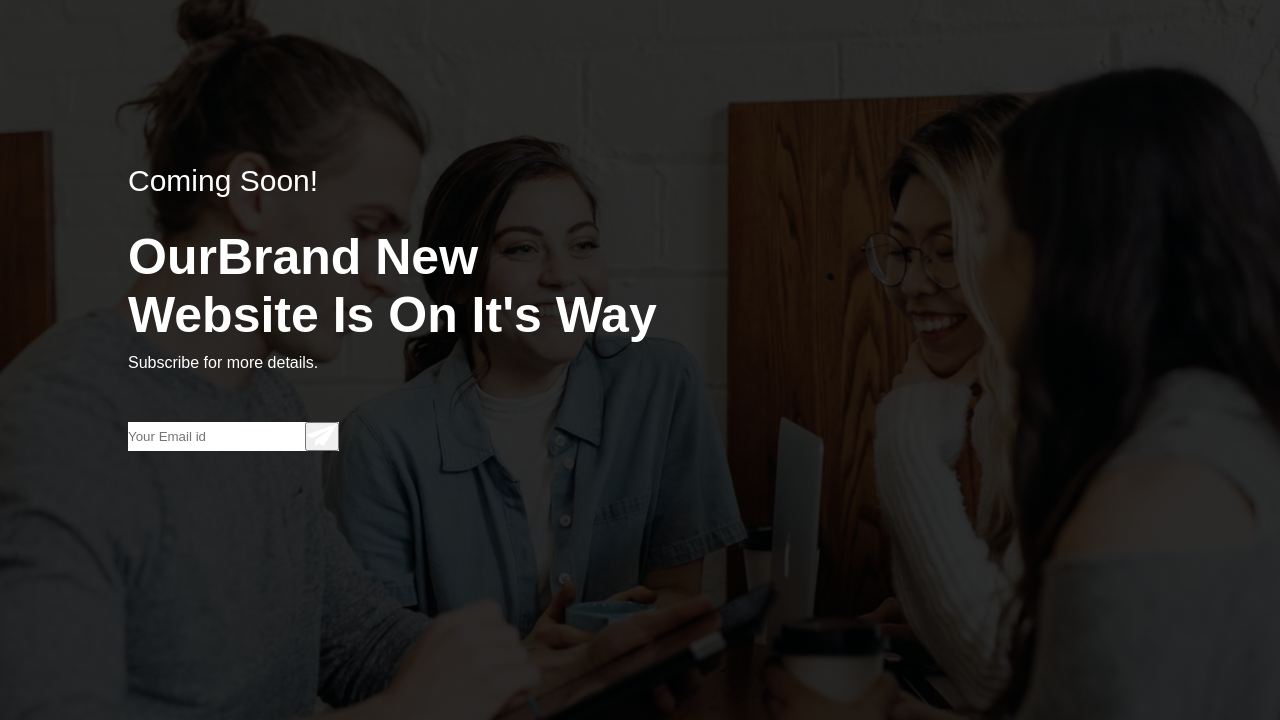
Repository: AbdullahOwais-Dev/Email-Subscription
Page: index.html
The author's editor kept a copy of each file at every save. The page is drawn from the files as they stood at one save, then again after a run of saves.
The browser window is 1280 px wide. The pictures show the whole page.

Above is the page before, as saved 2025-02-07 23:39:32.

After the next 4 saves:
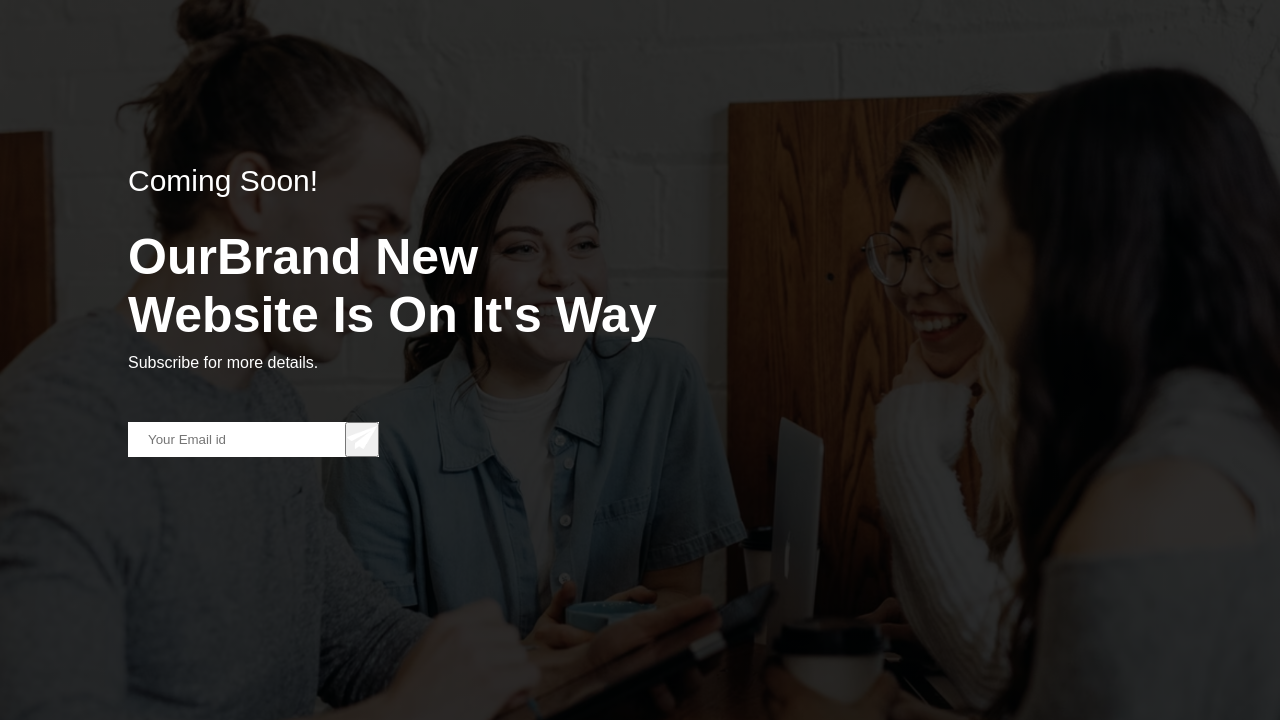
The 4 saves are shown as one change because they came seconds apart.
The last was saved 11 s later.
--- a/style.css
+++ b/style.css
@@ -32,5 +32,7 @@ form{
 }
 form input{
     border: 0;
-    o
+    outline: none;
+    padding: 10px 20px;
+
 }
